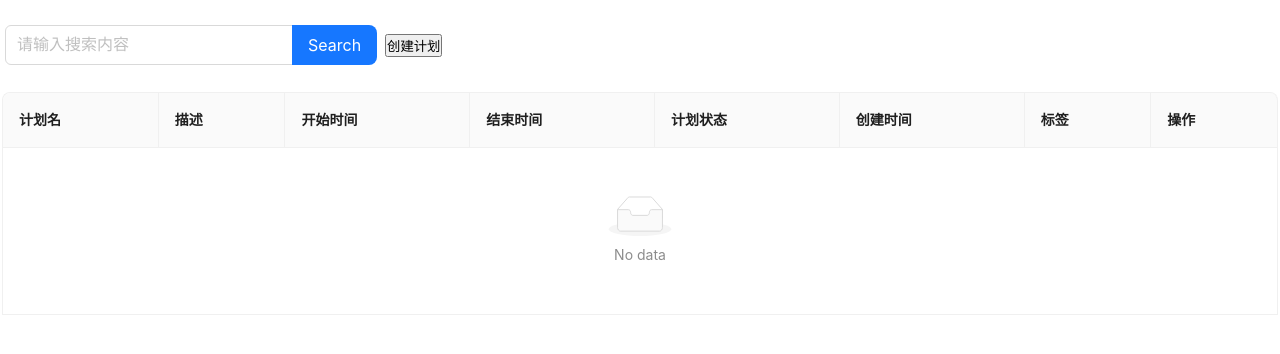
Repository: karicat996/-
Page: /Plan
An editor plug-in stored every save of this project. The page is shown before and after the next save, followed by the edit.
The browser window is 1280 px wide. The pictures show the whole page.
The page's requests for data from a server got no answer. The project was rebuilt for these pictures with package versions that can differ from the ones it lists, and the page was loaded fresh each time. No one was signed in, and anything a server would have sent is missing. Also part of the build but not shown: vite.config.ts, src/pages/Calendar/CalendarPage.tsx, src/pages/Calendar/WishCard.less, src/pages/Calendar/CardList.tsx, src/pages/Calendar/WishCard.tsx, src/pages/Home/HomePage.tsx, src/layouts/Layouts.tsx, src/pages/TestDemo/index.tsx and 6 more.

Above is the page before, as saved 2025-08-14 20:42:22.

After the next save:
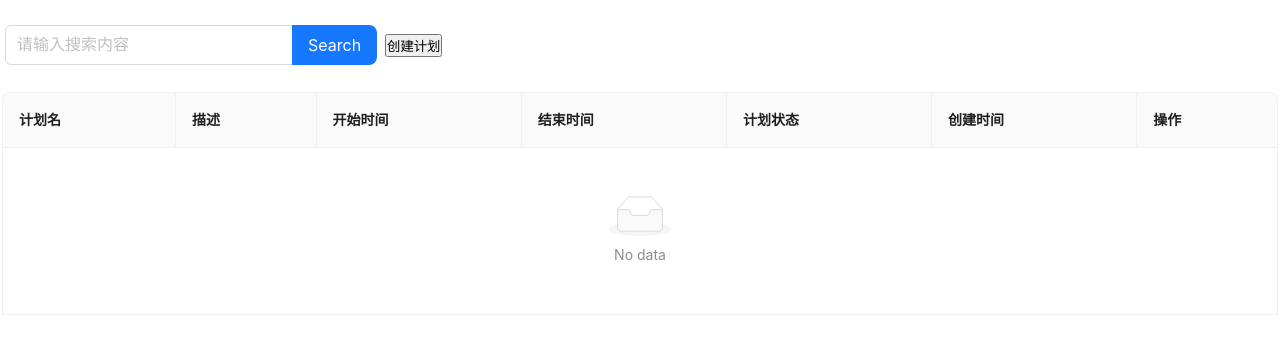
Saved 2 min 11 s later.
--- a/src/pages/Plan/Plans.tsx
+++ b/src/pages/Plan/Plans.tsx
@@ -16,7 +16,7 @@
   endTime: string;
   status: boolean;
   createdTime: string;
-  tags: string[];
+  // tags: string[];
 }
 
 export const PlanList = () => {
@@ -67,7 +67,7 @@
           endTime: item.endTime,         // 对应 dataIndex: 'endTime'
           planStatus: item.planStatus,        // 对应 dataIndex: 'planStatus'
           createdTime: item.createdTime,   // 对应 dataIndex: 'createdTime'
-          tags: Array.isArray(item.tags) ? item.tags : []
+          // tags: Array.isArray(item.tags) ? item.tags : []
         }));
         setData(processedData);
       } else {
@@ -90,7 +90,7 @@
     //获取当前渲染的列数据的计划id
     console.log("Editing plan with ID:", planId);
     navigate('/edit-plan', {
-      state: { planId: 1}  // 可选：传递参数
+      state: { planId: planId}  // 可选：传递参数
     });
   }
 
@@ -130,30 +130,30 @@
     dataIndex: 'createdTime',
     key: 'createdTime',
   },
-  {
-    title: '标签',
-    key: 'tags',
-    dataIndex: 'tags',
-    render: (_, { tags }) => (
-      <>
-        {Array.isArray(tags) && tags.map((tag, index) => {
-          // 确保 tag 有值
-          if (!tag) return null;
-
-          let color = tag.length > 5 ? 'geekblue' : 'green';
-          if (tag === 'loser') {
-            color = 'volcano';
-          }
-          // 使用 tag 值和 index 组合确保唯一性
-          return (
-            <Tag color={color} key={`${tag}-${index}`}>
-              {tag.toUpperCase()}
-            </Tag>
-          );
-        })}
-      </>
-    ),
-  },
+  // {
+  //   title: '标签',
+  //   key: 'tags',
+  //   dataIndex: 'tags',
+  //   render: (_, { tags }) => (
+  //     <>
+  //       {Array.isArray(tags) && tags.map((tag, index) => {
+  //         // 确保 tag 有值
+  //         if (!tag) return null;
+
+  //         let color = tag.length > 5 ? 'geekblue' : 'green';
+  //         if (tag === 'loser') {
+  //           color = 'volcano';
+  //         }
+  //         // 使用 tag 值和 index 组合确保唯一性
+  //         return (
+  //           <Tag color={color} key={`${tag}-${index}`}>
+  //             {tag.toUpperCase()}
+  //           </Tag>
+  //         );
+  //       })}
+  //     </>
+  //   ),
+  // },
   {
     title: '操作',
     key: 'action',

After the 3 saves that followed:
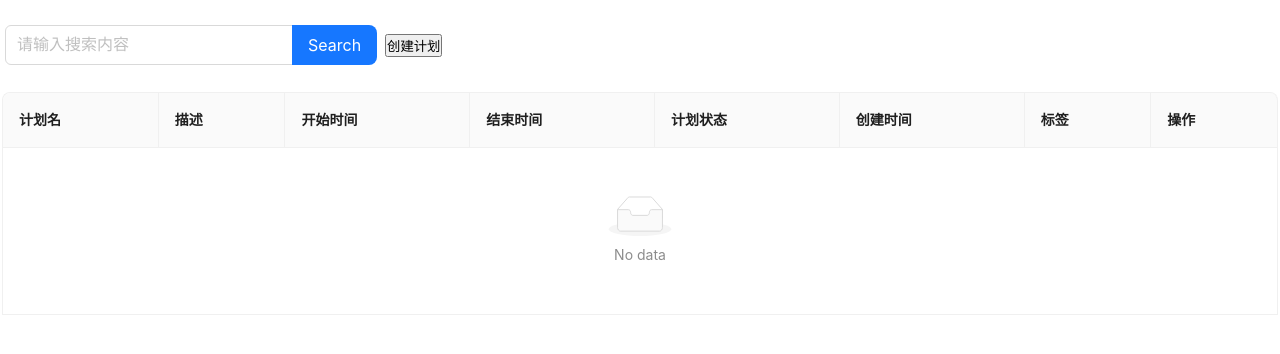
The 3 saves are shown as one change because 2 left the picture as it was.
The last was saved 2 min 51 s later.
--- a/src/pages/Plan/Plans.tsx
+++ b/src/pages/Plan/Plans.tsx
@@ -16,7 +16,7 @@
   endTime: string;
   status: boolean;
   createdTime: string;
-  // tags: string[];
+  tags: string[];
 }
 
 export const PlanList = () => {
@@ -60,14 +60,14 @@
          if (res && res.success && res.data) {
         // 确保每条数据都有 tags 字段且为数组
         const processedData = res.data.map((item: any) => ({
-          id: item.planId,              // 表格行标识需要
+          planId: item.planId,              // 表格行标识需要
           planTitle: item.planTitle,     // 对应 dataIndex: 'planTitle'
           description: item.description,  // 对应 dataIndex: 'description'
           startTime: item.startTime,     // 对应 dataIndex: 'startTime'
           endTime: item.endTime,         // 对应 dataIndex: 'endTime'
           planStatus: item.planStatus,        // 对应 dataIndex: 'planStatus'
           createdTime: item.createdTime,   // 对应 dataIndex: 'createdTime'
-          // tags: Array.isArray(item.tags) ? item.tags : []
+          tags: Array.isArray(item.tags) ? item.tags : []
         }));
         setData(processedData);
       } else {
@@ -130,34 +130,34 @@
     dataIndex: 'createdTime',
     key: 'createdTime',
   },
-  // {
-  //   title: '标签',
-  //   key: 'tags',
-  //   dataIndex: 'tags',
-  //   render: (_, { tags }) => (
-  //     <>
-  //       {Array.isArray(tags) && tags.map((tag, index) => {
-  //         // 确保 tag 有值
-  //         if (!tag) return null;
-
-  //         let color = tag.length > 5 ? 'geekblue' : 'green';
-  //         if (tag === 'loser') {
-  //           color = 'volcano';
-  //         }
-  //         // 使用 tag 值和 index 组合确保唯一性
-  //         return (
-  //           <Tag color={color} key={`${tag}-${index}`}>
-  //             {tag.toUpperCase()}
-  //           </Tag>
-  //         );
-  //       })}
-  //     </>
-  //   ),
-  // },
+  {
+    title: '标签',
+    key: 'tags',
+    dataIndex: 'tags',
+    render: (_, { tags }) => (
+      <>
+        {Array.isArray(tags) && tags.map((tag, index) => {
+          // 确保 tag 有值
+          if (!tag) return null;
+
+          let color = tag.length > 5 ? 'geekblue' : 'green';
+          if (tag === 'loser') {
+            color = 'volcano';
+          }
+          // 使用 tag 值和 index 组合确保唯一性
+          return (
+            <Tag color={color} key={`${tag}-${index}`}>
+              {tag.toUpperCase()}
+            </Tag>
+          );
+        })}
+      </>
+    ),
+  },
   {
     title: '操作',
     key: 'action',
-    render: (_, record) => (
+    render: (_, record:PlanDataType) => (
       <Space size="middle">
          <div
     className ="edit-button">
